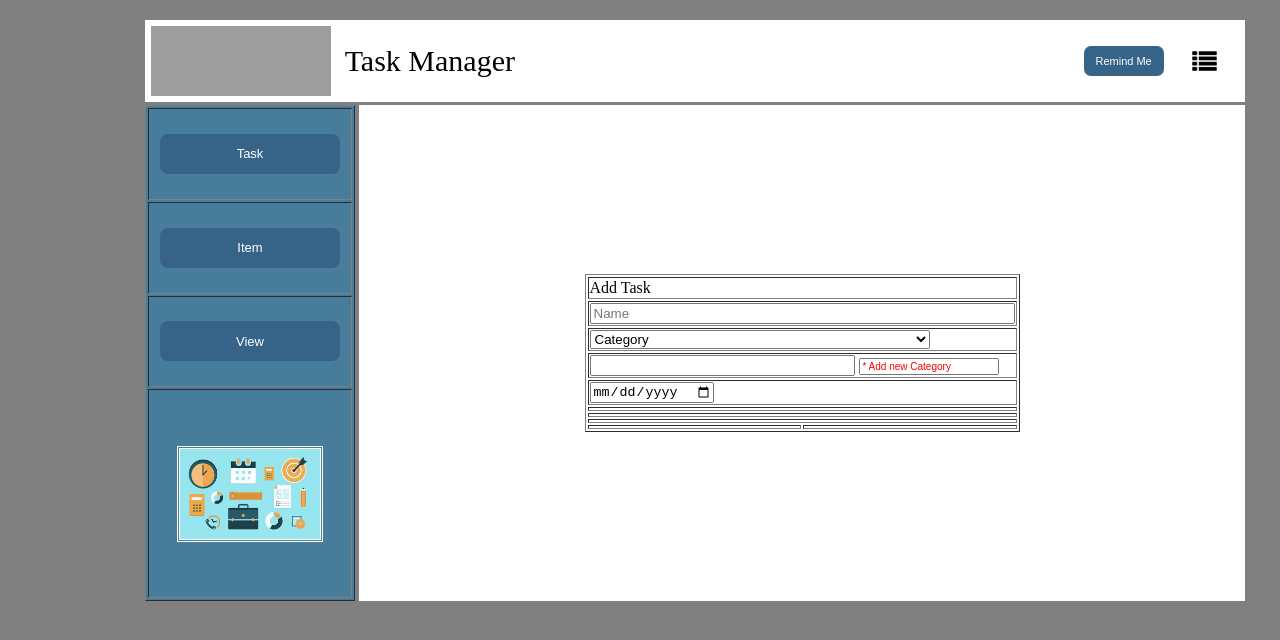
Repository: SnehaSalvi/TaskManagerProject
Page: http://localhost/TaskManagerChecklist/AddTask.jsp
These files come from the project's save history. The page is drawn as it stood at one moment and after the next save; the edit follows.
The browser window is 1280 px wide. The pictures show the whole page.
Pictures or frames that could not be fetched are drawn as grey boxes. The page is served by Tomcat 9.

Above is the page before, as saved 2016-10-14 08:16:27.

After the next save:
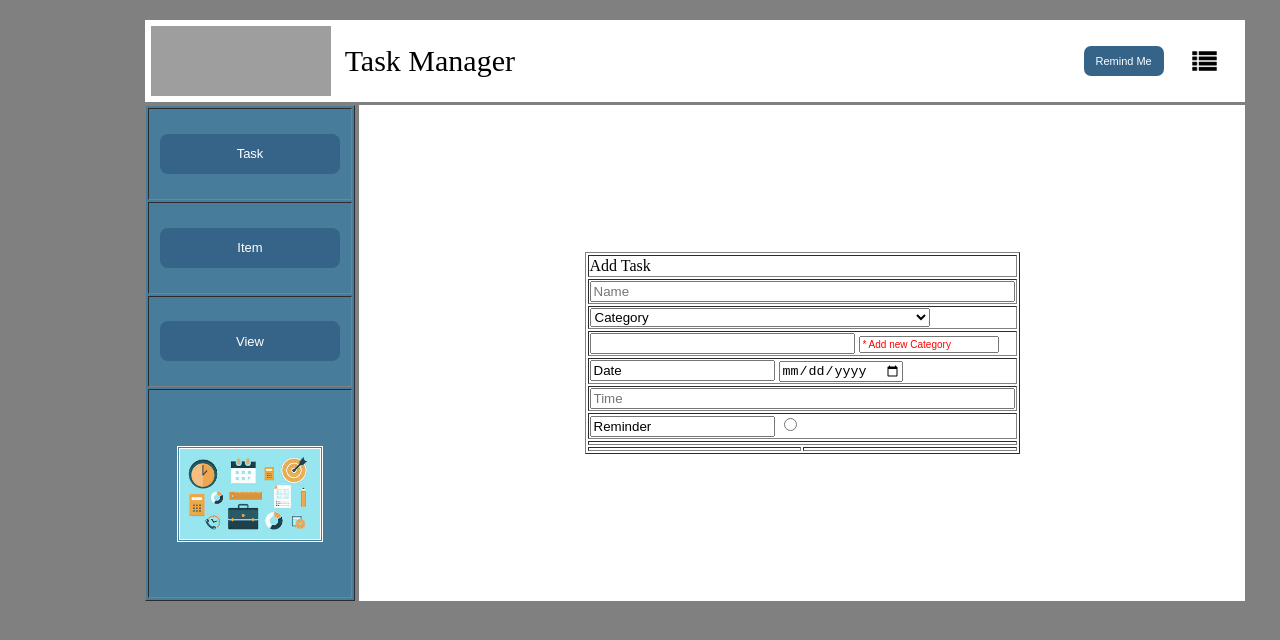
Saved 17 min 35 s later.
--- a/TaskManagerChecklist/WebContent/AddTask.jsp
+++ b/TaskManagerChecklist/WebContent/AddTask.jsp
@@ -93,15 +93,19 @@
 								</tr>
 								<tr>
 									<td colspan="2">
-										<input type="date" name="Date">
+										<input type="label" name="newdate" value="Date" required="required"/>
+										<input type="date" name="date">
 									</td>
 								</tr>
 								<tr>
 									<td colspan="2">
+										<input type="text" name="time" placeholder="Time" size="50" required="required"/>
 									</td>
 								</tr>
 								<tr>
 									<td colspan="2">
+										<input type="label" value="Reminder" required="required"/>
+										<input type="radio" name="reminder">
 									</td>
 								</tr>
 								<tr>
